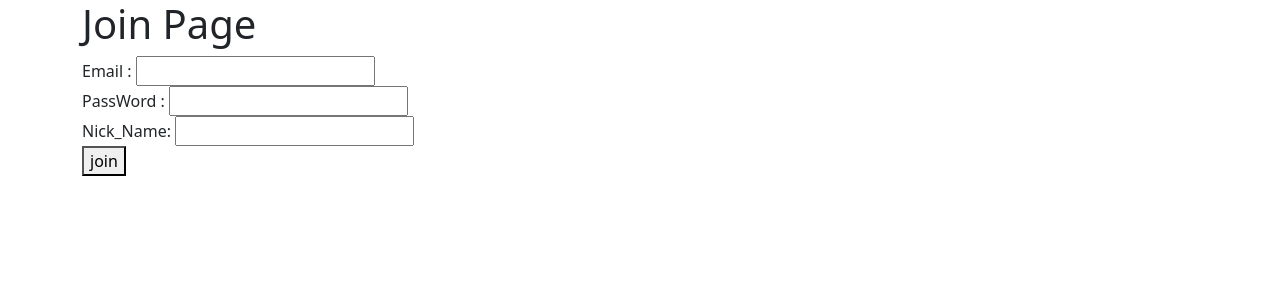
Repository: dhalfks/java2022_09_03
Page: http://localhost/project/member/join.jsp
An editor plug-in stored every save of this project. The page is shown before and after the next save, followed by the edit.
The browser window is 1280 px wide. The pictures show the whole page.
The page is served by Tomcat 9. Nobody is signed in. The application's start-up code is not run. Other server files are loaded and not shown.

Above is the page before, as saved 2022-12-08 06:34:53.

### JSP_Board&Member (all search 포함)/project/src/main/webapp/member/join.jsp
<%@ page language="java" contentType="text/html; charset=UTF-8"
    pageEncoding="UTF-8"%>
<%@ taglib uri="http://java.sun.com/jsp/jstl/core" prefix="c"%>
<!DOCTYPE html>
<html>
<head>
<meta charset="UTF-8">
<!-- CSS only -->
<link href="https://cdn.jsdelivr.net/npm/bootstrap@5.2.2/dist/css/bootstrap.min.css" rel="stylesheet" integrity="sha384-Zenh87qX5JnK2Jl0vWa8Ck2rdkQ2Bzep5IDxbcnCeuOxjzrPF/et3URy9Bv1WTRi" crossorigin="anonymous">
<!-- JavaScript Bundle with Popper -->
<script src="https://cdn.jsdelivr.net/npm/bootstrap@5.2.2/dist/js/bootstrap.bundle.min.js" integrity="sha384-OERcA2EqjJCMA+/3y+gxIOqMEjwtxJY7qPCqsdltbNJuaOe923+mo//f6V8Qbsw3" crossorigin="anonymous"></script>

<title>Insert title here</title>
</head>
<body>
<div class="container">
<h1>Join Page</h1>
<form action="/mem/register" method="post">
	Email : <input type="text" name="email"><br>
	PassWord : <input type="password" name="pwd"> <br>
	Nick_Name: <input type="text" name="nick_name"><br>

	<button type="submit">join</button>
</form>
</div>
</body>
</html>

After the next save:
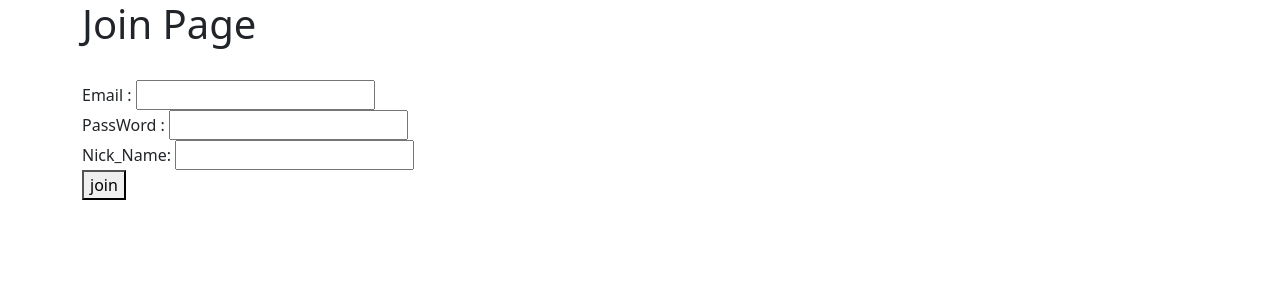
Saved 8 s later.
--- a/JSP_Board&Member (all search 포함)/project/src/main/webapp/member/join.jsp
+++ b/JSP_Board&Member (all search 포함)/project/src/main/webapp/member/join.jsp
@@ -14,7 +14,7 @@
 </head>
 <body>
 <div class="container">
-<h1>Join Page</h1>
+<h1>Join Page</h1><br>
 <form action="/mem/register" method="post">
 	Email : <input type="text" name="email"><br>
 	PassWord : <input type="password" name="pwd"> <br>
